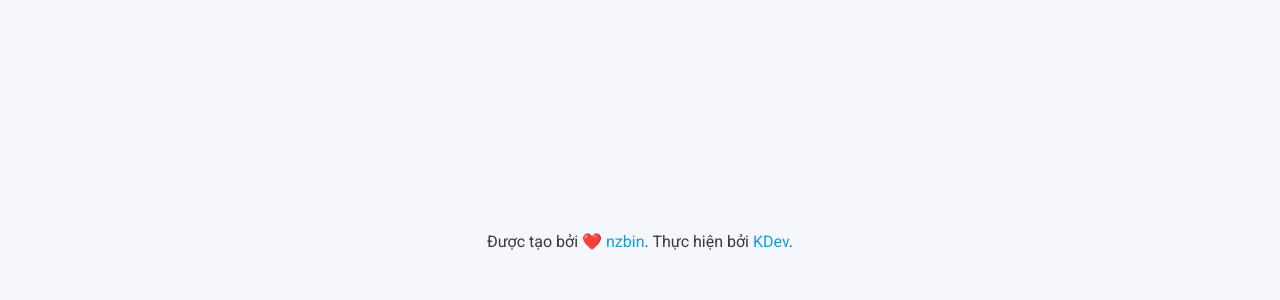
Repository: haokiet2501/lazy-loader-animation
Page: index.html
These files come from the project's save history. The page is drawn as it stood at one moment and after a run of saves; the edit follows.
The browser window is 1280 px wide. The pictures show the whole page.
The style sheet was rebuilt from its Sass, Less or Tailwind sources for each picture, by a compiler version that may differ from the author's.

Above is the page before, as saved 2022-05-06 19:39:59.

### index.html
<!DOCTYPE html>
<html lang="en">
<head>
    <meta charset="UTF-8">
    <meta http-equiv="X-UA-Compatible" content="IE=edge">
    <meta name="viewport" content="width=device-width, initial-scale=1.0">
    <link rel="shortcut icon" href="image/KDEV.png" type="image/x-icon">
    <link rel="stylesheet" href="sass/css/styles.css">
    <title>Three Dots Animation</title>
</head>
<body>
    <div class="container">
        <div class="box">
            <span></span>
            <span></span>
            <span></span>
            <span></span>
            <!-- <div class="title">
                <a href="/" target="_blank">Three Dots Animation</a> là một tập hợp các hoạt ảnh được tạo với 3 dấu chấm được tạo chỉ bởi 1 phần tử duy nhất. Đây cũng đồng thời là những hoạt ảnh tôi nghĩ có thể giúp bạn nâng cao được khả năng CSS của bạn. 🔥
            </div> -->
        </div>

        <div class="row">
            <div class="title">
                <div class="stage">

                </div>
            </div>
            <div class="title">
                <div class="stage">

                </div>
            </div>
            <div class="title">
                <div class="stage">

                </div>
            </div>
            <div class="title">
                <div class="stage">

                </div>
            </div>
        </div>

        <footer class="footer">
            <p>
                Được tạo bởi ❤️ <a href="https://github.com/nzbin" target="_blank">nzbin</a>.
                Thực hiện bởi <a href="/" target="_blank">KDev</a>.
            </p>
        </footer>
    </div>
</body>
</html>

### sass/styles.scss
@import 'base/base';

$color-text: #383838;
$color-line: #50dfdb;

.container {
    padding: 2rem 4rem;
}

// .title {
//     background: #fff;
//     padding: 2rem 5%;
//     margin: 1.5rem 0;
//     box-shadow: 0 .4rem .8rem -.1rem rgba(0, 32, 128, .1), 0 0 0 1px #f0f2f7;
//     border-radius: .25rem;
//     color: $color-text;
// }


.row {
    display: grid;
    grid-template-columns: repeat(auto-fill, minmax);
    gap: 24px 16px;

}

.footer {
    display: flex;
    justify-content: center;
    align-items: center;
    margin: 128px 0 20px;
}

.footer > p {
    color: $color-text;
}

### sass/base/_base.scss
@import url('https://fonts.googleapis.com/css2?family=Roboto:wght@300;400;500;700&display=swap');

*, ::before, ::after {
    margin: 0;
    padding: 0;
    box-sizing: border-box;
}

html, body {
    scroll-behavior: smooth;
    font-family: 'Roboto', sans-serif;
    background: #f6f7fd;
    height: 100%;
    overflow: auto;
}

a {
    text-decoration: none;
    color: #0AA1DD;
}

After the next 3 saves:
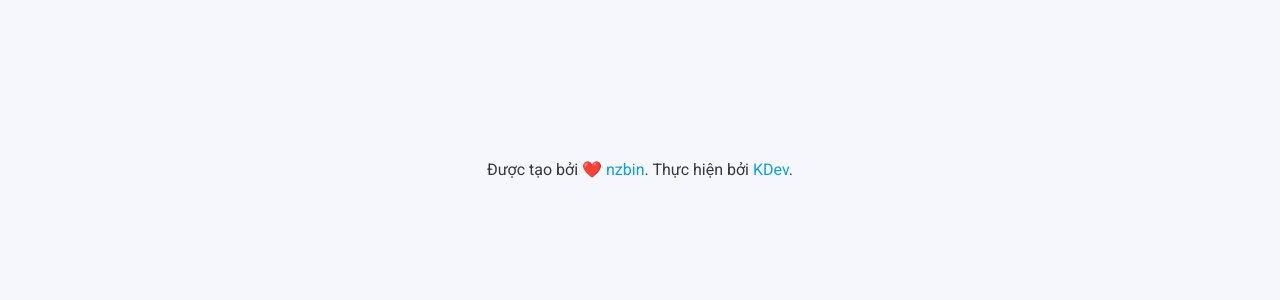
The 3 saves are shown as one change because they came seconds apart.
The last was saved 9 s later.
--- a/sass/styles.scss
+++ b/sass/styles.scss
@@ -19,7 +19,7 @@ $color-line: #50dfdb;
 
 .row {
     display: grid;
-    grid-template-columns: repeat(auto-fill, minmax);
+    grid-template-columns: repeat(auto-fill, minmax(184px, 1fr));
     gap: 24px 16px;
 
 }
